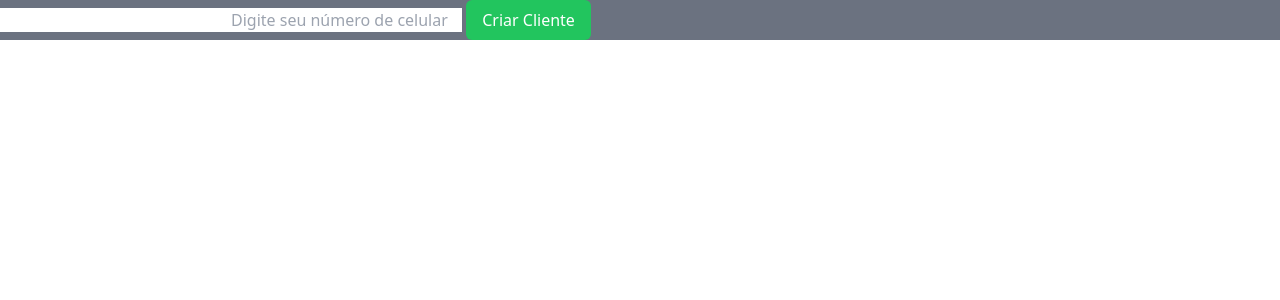
Repository: Gstxxx/sales-manager-laravel
Page: http://localhost/
These files come from the project's save history. The page is drawn as it stood at one moment and after the next save; the edit follows.
The browser window is 1280 px wide. The pictures show the whole page.
The page is served by the project's Laravel application, run on PHP 8.4 with Laravel 12. Other server files are loaded and not shown. Style sheets and scripts are compiled from the project's sources, by tool versions that may differ from the author's.

Above is the page before, as saved 2024-06-09 03:01:59.

### routes/web.php
<?php

use Illuminate\Support\Facades\Route;
use App\Http\Controllers\ClientController;

Route::get('/', function () {
    return view('home');
})->name('home');

Route::post('/addClient', [ClientController::class, 'addClient'])->name('addClient');

### resources/views/home.blade.php
<!doctype html>
<html>
<head>
    <meta charset="UTF-8">
    <meta name="viewport" content="width=device-width, initial-scale=1.0">
    <title>Sales Manager</title>
    @vite('resources/css/app.css')
</head>

<body>
    <div class="bg-gray-500 flex flex-col">
        <form action="{{ route('addClient') }}" method="POST">
            @csrf
            <input type="text" name="name-client" id="name-client"><input type="text" name="number-client" id="number-client" placeholder="Digite seu número de celular">

            @push('scripts')
            <script>
                document.getElementById('number-client').addEventListener('input', function (e) {
                var inputValue = e.target.value.replace(/\D/g, '');
                var formattedValue = formatPhoneNumber(inputValue);
                e.target.value = formattedValue;
            });

            function formatPhoneNumber(phoneNumber) {
                var formattedNumber = phoneNumber;
                if (phoneNumber.length === 11) {
                    formattedNumber = phoneNumber.replace(/(\d{2})(\d{5})(\d{4})/, '($1) $2-$3');
                } else if (phoneNumber.length === 10) {
                    formattedNumber = phoneNumber.replace(/(\d{2})(\d{4})(\d{4})/, '($1) $2-$3');
                }
                return formattedNumber;
            }
            </script>
            @endpush
            <button type="submit" id="add-bt"
                        class="px-4 py-2 bg-green-500 text-white rounded-md hover:bg-green-600 focus:outline-none focus:bg-green-600">Criar Cliente</button>
        </form>
    </div>
</body>

</html>

Loaded but not shown: resources/css/app.css (common file); tailwind.config.js (common file)

After the next save:
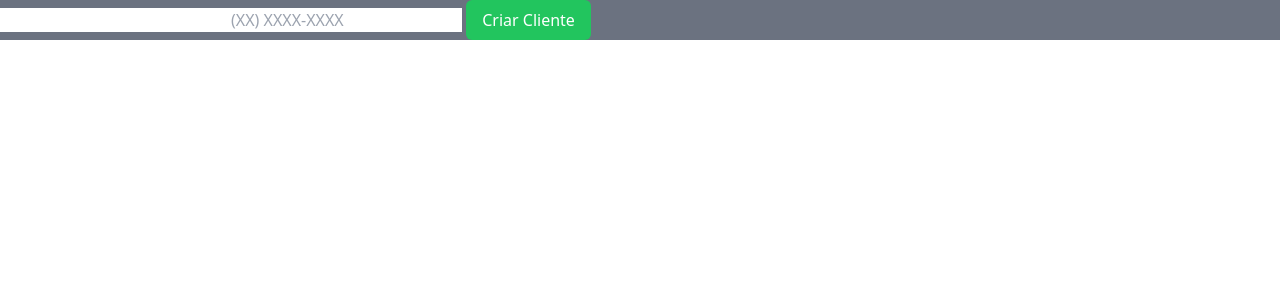
Saved 80 s later.
--- a/resources/views/home.blade.php
+++ b/resources/views/home.blade.php
@@ -11,27 +11,31 @@
     <div class="bg-gray-500 flex flex-col">
         <form action="{{ route('addClient') }}" method="POST">
             @csrf
-            <input type="text" name="name-client" id="name-client"><input type="text" name="number-client" id="number-client" placeholder="Digite seu número de celular">
+            <input type="text" name="name-client" id="name-client"><input type="text" name="number-client" id="number-client" placeholder="(XX) XXXX-XXXX">
 
-            @push('scripts')
             <script>
                 document.getElementById('number-client').addEventListener('input', function (e) {
-                var inputValue = e.target.value.replace(/\D/g, '');
+                var inputValue = e.target.value.replace(/\D/g, ''); // Remove todos os caracteres que não são dígitos
                 var formattedValue = formatPhoneNumber(inputValue);
-                e.target.value = formattedValue;
+                updatePlaceholder(formattedValue);
             });
 
             function formatPhoneNumber(phoneNumber) {
                 var formattedNumber = phoneNumber;
-                if (phoneNumber.length === 11) {
-                    formattedNumber = phoneNumber.replace(/(\d{2})(\d{5})(\d{4})/, '($1) $2-$3');
-                } else if (phoneNumber.length === 10) {
-                    formattedNumber = phoneNumber.replace(/(\d{2})(\d{4})(\d{4})/, '($1) $2-$3');
+                if (phoneNumber.length >= 2 && phoneNumber.length <= 3) {
+                    formattedNumber = '(' + phoneNumber + ')';
+                } else if (phoneNumber.length >= 4 && phoneNumber.length <= 7) {
+                    formattedNumber = '(' + phoneNumber.slice(0, 2) + ') ' + phoneNumber.slice(2);
+                } else if (phoneNumber.length >= 8) {
+                    formattedNumber = '(' + phoneNumber.slice(0, 2) + ') ' + phoneNumber.slice(2, 6) + '-' + phoneNumber.slice(6);
                 }
                 return formattedNumber;
             }
+
+            function updatePlaceholder(formattedNumber) {
+                document.getElementById('number-client').placeholder = formattedNumber;
+            }
             </script>
-            @endpush
             <button type="submit" id="add-bt"
                         class="px-4 py-2 bg-green-500 text-white rounded-md hover:bg-green-600 focus:outline-none focus:bg-green-600">Criar Cliente</button>
         </form>
